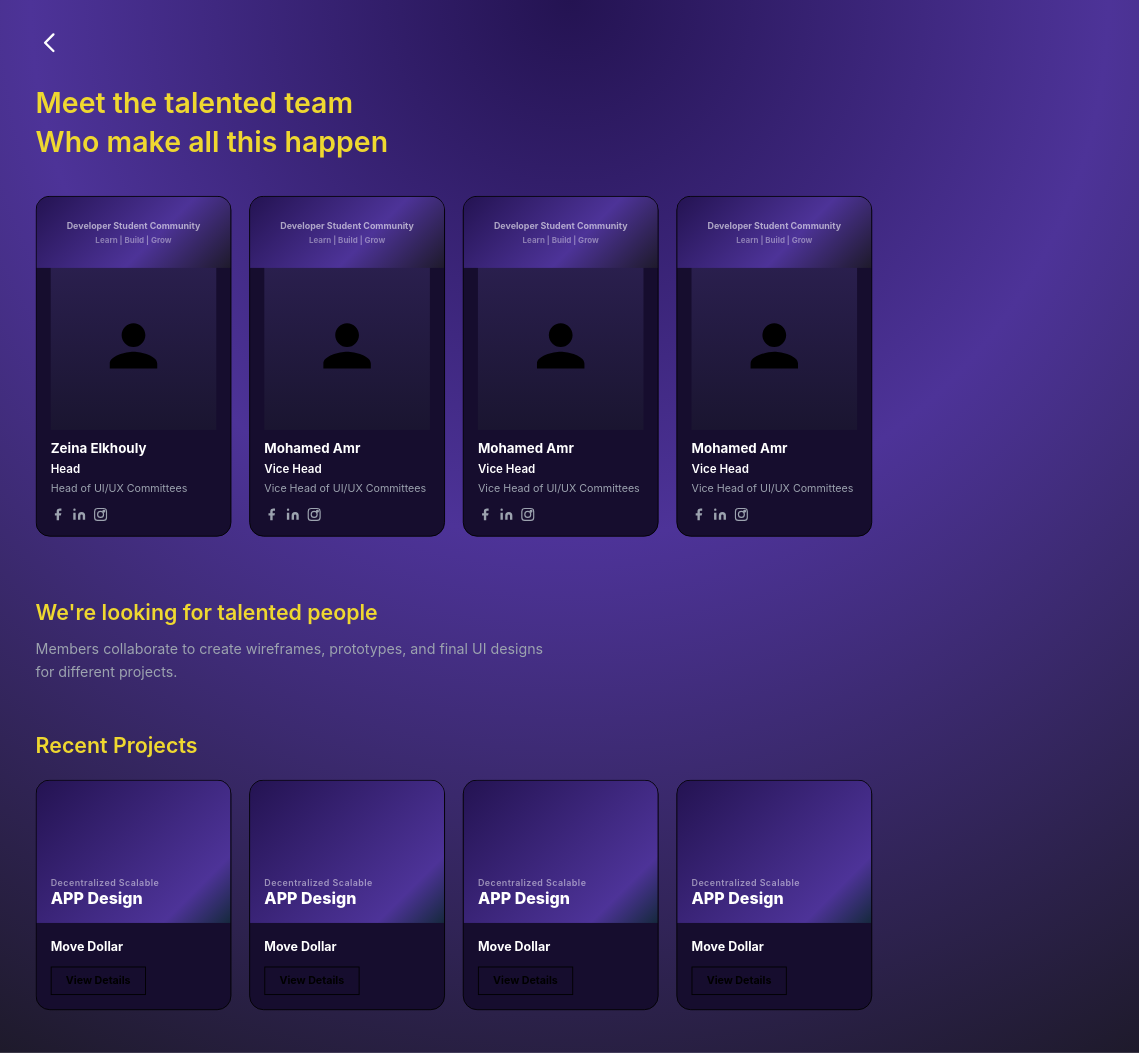
Repository: Frontend-Committee/StarUnion-Website
Page: /committees/artificial-intelligence
These files come from the project's save history. The page is drawn as it stood at one moment and after the next save; the edit follows.
The browser window is 1280 px wide. The pictures show the whole page, at 89% of full size.
The project was rebuilt for these pictures with package versions that can differ from the ones it lists, and the page was loaded fresh each time. Also part of the build but not shown: vite.config.js, src/features/committees/components/CommitteeBadge.jsx, src/features/committees/components/CommitteeCard.jsx, src/features/committees/pages/CommitteesPage.jsx, src/components/common/Navbar.jsx, src/components/common/Footer.jsx.

Above is the page before, as saved 2026-02-26 03:05:29.

### index.html
<!doctype html>
<html lang="en">
  <head>
    <meta charset="UTF-8" />
    <meta name="viewport" content="width=device-width, initial-scale=1.0" />
    <title>star-union</title>
  </head>
  <body>
    <div id="root"></div>
    <script type="module" src="/src/main.jsx"></script>
  </body>
</html>

### src/App.jsx
import { BrowserRouter, Route, Routes } from "react-router-dom";
import "./App.css";

import CommitteeDetailsPage from "./features/committees/pages/CommitteeDetailsPage";
import CommitteesPage from "./features/committees/pages/CommitteesPage";
import MainLayout from "./layouts/MainLayout";

function App() {
  return (
    <BrowserRouter>
      <Routes>
        <Route element={<MainLayout />}>
          <Route path="/committees" element={<CommitteesPage />} />
          <Route path="/committees/:slug" element={<CommitteeDetailsPage />} />
          {/* Fallback — redirect to committees for now */}
          <Route path="*" />
        </Route>
      </Routes>
    </BrowserRouter>
  );
}

export default App;

### src/App.css
@tailwind base;
@tailwind components;
@tailwind utilities;

/* Import Inter from Google Fonts */
@import url("https://fonts.googleapis.com/css2?family=Inter:wght@400;500;600;700;800;900&display=swap");

/* Base global styles */
* {
  margin: 0;
  padding: 0;
  box-sizing: border-box;
}

html {
  scroll-behavior: smooth;
}

body {
  font-family:
    "Inter",
    -apple-system,
    BlinkMacSystemFont,
    "Segoe UI",
    Roboto,
    sans-serif;
  -webkit-font-smoothing: antialiased;
  -moz-osx-font-smoothing: grayscale;
}

/* Hide scrollbar utility */
.scrollbar-hide {
  -ms-overflow-style: none;
  scrollbar-width: none;
}
.scrollbar-hide::-webkit-scrollbar {
  display: none;
}

### src/features/committees/pages/CommitteeDetailsPage.jsx
import { useNavigate, useParams } from "react-router-dom";
import ScrollAnimation from "../../../components/ui/ScrollAnimation";
import {
  COMMITTEES_DATA,
  MOCK_PROJECTS,
  MOCK_TEAM_MEMBERS,
} from "../../../utils/constants";
import { motion } from "framer-motion";

/* ── tiny inline social icons ── */
const SocialIcon = ({ type, href }) => {
  const icons = {
    facebook: (
      <svg viewBox="0 0 24 24" fill="currentColor" className="w-4 h-4">
        <path d="M18 2h-3a5 5 0 00-5 5v3H7v4h3v8h4v-8h3l1-4h-4V7a1 1 0 011-1h3z" />
      </svg>
    ),
    linkedin: (
      <svg viewBox="0 0 24 24" fill="currentColor" className="w-4 h-4">
        <path d="M16 8a6 6 0 016 6v7h-4v-7a2 2 0 00-4 0v7h-4v-7a6 6 0 016-6zM2 9h4v12H2zM4 6a2 2 0 100-4 2 2 0 000 4z" />
      </svg>
    ),
    instagram: (
      <svg
        viewBox="0 0 24 24"
        fill="none"
        stroke="currentColor"
        strokeWidth="2"
        className="w-4 h-4"
      >
        <rect x="2" y="2" width="20" height="20" rx="5" />
        <circle cx="12" cy="12" r="5" />
        <circle cx="17.5" cy="6.5" r="1.5" fill="currentColor" />
      </svg>
    ),
  };
  return (
    <a
      href={href}
      className="text-gray-400 hover:text-secondary transition-colors"
    >
      {icons[type]}
    </a>
  );
};

/* ── team member card ── */
const TeamCard = ({ member, delay = 0 }) => (
  <ScrollAnimation variant="fade-up" delay={delay} className="flex-shrink-0">
    <motion.div
      whileHover={{ y: -4 }}
      className="min-w-[220px] max-w-[260px] h-full rounded-[16px] overflow-hidden border border-primary/30 bg-[#160d2e]"
    >
      {/* Banner */}
      <div
        className="h-[80px] relative overflow-hidden"
        style={{
          background: `linear-gradient(135deg, #241352 0%, #4D3398 60%, #1E1A2B 100%)`,
        }}
      >
        <div className="absolute inset-0 flex items-center justify-center">
          <p className="text-[9px] text-white/60 font-bold text-center leading-tight px-3">
            <span className="text-secondary text-[10px] block">
              Developer Student Community
            </span>
            <span className="text-white/40 mt-1 block">
              Learn | Build | Grow
            </span>
          </p>
        </div>
      </div>

      {/* Photo */}
      <div className="px-4 -mt-1">
        <div className="w-full aspect-square bg-gradient-to-b from-[#2a1f4e] to-[#1a1530] rounded-lg overflow-hidden flex items-center justify-center">
          {member.photo ? (
            <img
              src={member.photo}
              alt={member.name}
              className="w-full h-full object-cover"
            />
          ) : (
            <svg
              className="w-16 h-16 text-primary/30"
              viewBox="0 0 24 24"
              fill="currentColor"
            >
              <path d="M12 12c2.7 0 5-2.3 5-5s-2.3-5-5-5-5 2.3-5 5 2.3 5 5 5zm0 2c-3.3 0-10 1.7-10 5v2h20v-2c0-3.3-6.7-5-10-5z" />
            </svg>
          )}
        </div>
      </div>

      {/* Info */}
      <div className="p-4 pt-3 flex flex-col flex-1">
        <h4 className="text-white font-bold text-[15px] leading-tight">
          {member.name}
        </h4>
        <p className="text-white text-[13px] mt-1 font-semibold">
          {member.role}
        </p>
        <p className="text-gray-400 text-[12px] mt-1 leading-snug">
          {member.description}
        </p>

        {/* Social icons */}
        <div className="flex gap-2 mt-auto pt-3">
          {member.socials?.facebook && (
            <SocialIcon type="facebook" href={member.socials.facebook} />
          )}
          {member.socials?.linkedin && (
            <SocialIcon type="linkedin" href={member.socials.linkedin} />
          )}
          {member.socials?.instagram && (
            <SocialIcon type="instagram" href={member.socials.instagram} />
          )}
        </div>
      </div>
    </motion.div>
  </ScrollAnimation>
);

/* ── project card ── */
const ProjectCard = ({ project, delay = 0 }) => (
  <ScrollAnimation variant="fade-up" delay={delay} className="flex-shrink-0">
    <motion.div
      whileHover={{ y: -4 }}
      className="min-w-[220px] max-w-[260px] h-full rounded-[16px] overflow-hidden border border-primary/30 bg-[#160d2e]"
    >
      {/* Project image area */}
      <div
        className="h-[160px] relative overflow-hidden"
        style={{
          background: `linear-gradient(135deg, #241352 0%, #4D3398 80%, #11EDA420 100%)`,
        }}
      >
        <div className="absolute inset-0 flex flex-col items-start justify-end p-4">
          <p className="text-white/50 text-[10px] font-semibold tracking-wider">
            {project.subtitle}
          </p>
          <h4 className="text-white text-[18px] font-extrabold leading-tight">
            {project.type}
          </h4>
        </div>
        {/* Decorative dots */}
        <div className="absolute top-4 right-4 flex flex-col gap-1">
          <div className="w-1.5 h-1.5 rounded-full bg-secondary/50" />
          <div className="w-1.5 h-1.5 rounded-full bg-secondary/30" />
          <div className="w-1.5 h-1.5 rounded-full bg-secondary/20" />
        </div>
      </div>

      {/* Bottom */}
      <div className="p-4 flex flex-col flex-1">
        <p className="text-white font-bold text-[14px] mb-3">{project.title}</p>
        <button className="px-4 py-[6px] text-[12px] text-secondary border border-secondary rounded-md hover:bg-secondary/10 transition-colors font-bold mt-auto self-start">
          View Details
        </button>
      </div>
    </motion.div>
  </ScrollAnimation>
);

/* ── main page ── */
export default function CommitteeDetailsPage() {
  const { slug } = useParams();
  const navigate = useNavigate();

  const committee = COMMITTEES_DATA.find((c) => c.slug === slug);

  if (!committee) {
    return (
      <div className="min-h-screen bg-gradientBg3 flex items-center justify-center">
        <p className="text-white text-h3">Committee not found</p>
      </div>
    );
  }

  return (
    <section className="min-h-screen bg-gradientBg3 py-8 px-4 md:px-8">
      <div className="max-w-[1200px] mx-auto">
        {/* Back button */}
        <ScrollAnimation variant="fade-right">
          <button
            onClick={() => navigate("/committees")}
            className="text-white hover:text-secondary transition-colors mb-8 flex items-center gap-2 group cursor-pointer"
            id="back-to-committees"
          >
            <svg
              className="w-8 h-8 group-hover:-translate-x-1 transition-transform"
              viewBox="0 0 24 24"
              fill="none"
              stroke="currentColor"
              strokeWidth="2"
            >
              <path
                strokeLinecap="round"
                strokeLinejoin="round"
                d="M15 19l-7-7 7-7"
              />
            </svg>
          </button>
        </ScrollAnimation>

        {/* Section: Meet the team */}
        <ScrollAnimation variant="fade-up" delay={100}>
          <div className="mb-10">
            <h1 className="text-tertiary text-h2 font-semibold leading-tight">
              Meet the talented team
            </h1>
            <h2 className="text-tertiary text-h2 font-semibold leading-tight mt-1">
              Who make all this happen
            </h2>
          </div>
        </ScrollAnimation>

        {/* Team members row */}
        <ScrollAnimation variant="fade-up" delay={200}>
          <div className="flex gap-5 overflow-x-auto pb-4 mb-14 scrollbar-hide">
            {MOCK_TEAM_MEMBERS.map((member, i) => (
              <TeamCard
                key={member.id + "-" + i}
                member={member}
                delay={i * 100}
              />
            ))}
          </div>
        </ScrollAnimation>

        {/* Section: Looking for talented people */}
        <ScrollAnimation variant="fade-up" delay={300}>
          <div className="mb-14">
            <h3 className="text-tertiary text-h3 font-semibold mb-3">
              We're looking for talented people
            </h3>
            <p className="text-gray-400 text-body font-normal max-w-xl leading-relaxed">
              Members collaborate to create wireframes, prototypes, and final UI
              designs for different projects.
            </p>
          </div>
        </ScrollAnimation>

        {/* Section: Recent Projects */}
        <ScrollAnimation variant="fade-up" delay={400}>
          <div>
            <h3 className="text-tertiary text-h3 font-semibold mb-6">
              Recent Projects
            </h3>

            <div className="flex gap-5 overflow-x-auto pb-4 scrollbar-hide">
              {MOCK_PROJECTS.map((project, i) => (
                <ProjectCard
                  key={project.id + "-" + i}
                  project={project}
                  delay={i * 100}
                />
              ))}
            </div>
          </div>
        </ScrollAnimation>
      </div>
    </section>
  );
}

### src/layouts/MainLayout.jsx
import { Outlet } from "react-router-dom";
import Navbar from "../components/common/Navbar";
import Footer from "../components/common/Footer";

export default function MainLayout() {
  return (
    <div className="flex flex-col min-h-screen">
      {/* <Navbar /> */}
      <main className="flex-1">
        <Outlet />
      </main>
      {/* <Footer /> */}
    </div>
  );
}

### src/components/ui/ScrollAnimation.jsx
import { useEffect, useRef, useState } from 'react';

export default function ScrollAnimation({
    children,
    className = '',
    variant = 'fade-up',
    delay = 0,
    style
}) {
    const [isVisible, setIsVisible] = useState(false);
    const ref = useRef(null);

    useEffect(() => {
        const observer = new IntersectionObserver(([entry]) => {
            if (!entry) return;
            if (entry.isIntersecting) {
                setIsVisible(true);
                observer.disconnect();
            }
        }, { threshold: 0.1 });

        if (ref.current) observer.observe(ref.current);
        return () => observer.disconnect();
    }, []);

    const variants = {
        'fade-up': 'translate-y-10',
        'fade-down': '-translate-y-10',
        'fade-left': 'translate-x-10',
        'fade-right': '-translate-x-10',
        'zoom-in': 'scale-95'
    };

    return (
        <div
            ref={ref}
            className={`transition-all duration-700 ease-out ${isVisible
                ? 'opacity-100 transform-none'
                : `opacity-0 ${variants[variant]}`
            } ${className}`}
            style={{ transitionDelay: `${delay}ms`, ...style }}
        >
            {children}
        </div>
    );
}

### src/utils/constants.js
// Committee filter categories
export const COMMITTEE_CATEGORIES = {
  ALL: "all",
  TECHNICAL: "technical",
  NON_TECHNICAL: "non-technical",
};

// All 13 committees from Figma design
export const COMMITTEES_DATA = [
  {
    id: 1,
    name: "Video Editing",
    slug: "video-editing",
    type: "technical",
    accent: "teal",
    icon: "video",
  },
  {
    id: 2,
    name: "UI / UX",
    slug: "ui-ux",
    type: "technical",
    accent: "teal",
    icon: "uiux",
  },
  {
    id: 3,
    name: "Back-End",
    slug: "back-end",
    type: "technical",
    accent: "teal",
    icon: "backend",
  },
  {
    id: 4,
    name: "Artificial Intelligence",
    slug: "artificial-intelligence",
    type: "technical",
    accent: "teal",
    icon: "ai",
  },
  {
    id: 5,
    name: "Front-End",
    slug: "front-end",
    type: "technical",
    accent: "teal",
    icon: "frontend",
  },
  {
    id: 6,
    name: "Mobile App",
    slug: "mobile-app",
    type: "technical",
    accent: "teal",
    icon: "mobile",
  },
  {
    id: 7,
    name: "Public Relations",
    slug: "public-relations",
    type: "non-technical",
    accent: "teal",
    icon: "pr",
  },
  {
    id: 8,
    name: "HR & Quality Control",
    slug: "hr-quality-control",
    type: "non-technical",
    accent: "teal",
    icon: "hr",
  },
  {
    id: 9,
    name: "Data Analysis",
    slug: "data-analysis",
    type: "technical",
    accent: "yellow",
    icon: "data",
  },
  {
    id: 10,
    name: "Graphic Design",
    slug: "graphic-design",
    type: "technical",
    accent: "yellow",
    icon: "graphic",
  },
  {
    id: 11,
    name: "Organizing",
    slug: "organizing",
    type: "non-technical",
    accent: "yellow",
    icon: "organize",
  },
  {
    id: 12,
    name: "Digital Marketing",
    slug: "digital-marketing",
    type: "non-technical",
    accent: "yellow",
    icon: "marketing",
  },
  {
    id: 13,
    name: "Photography",
    slug: "photography",
    type: "non-technical",
    accent: "purple",
    icon: "photo",
  },
];

// Accent color mapping
export const ACCENT_COLORS = {
  teal: "#11EDA4",
  yellow: "#EFD830",
  purple: "#7441FF",
};

// Mock team members for committee details
export const MOCK_TEAM_MEMBERS = [
  {
    id: 1,
    name: "Zeina Elkhouly",
    role: "Head",
    description: "Head of UI/UX Committees",
    photo: null,
    socials: { facebook: "#", linkedin: "#", instagram: "#" },
  },
  {
    id: 2,
    name: "Mohamed Amr",
    role: "Vice Head",
    description: "Vice Head of UI/UX Committees",
    photo: null,
    socials: { facebook: "#", linkedin: "#", instagram: "#" },
  },
  {
    id: 3,
    name: "Mohamed Amr",
    role: "Vice Head",
    description: "Vice Head of UI/UX Committees",
    photo: null,
    socials: { facebook: "#", linkedin: "#", instagram: "#" },
  },
  {
    id: 4,
    name: "Mohamed Amr",
    role: "Vice Head",
    description: "Vice Head of UI/UX Committees",
    photo: null,
    socials: { facebook: "#", linkedin: "#", instagram: "#" },
  },
];

// Mock recent projects for committee details
export const MOCK_PROJECTS = [
  {
    id: 1,
    title: "Move Dollar",
    type: "APP Design",
    subtitle: "Decentralized Scalable",
  },
  {
    id: 2,
    title: "Move Dollar",
    type: "APP Design",
    subtitle: "Decentralized Scalable",
  },
  {
    id: 3,
    title: "Move Dollar",
    type: "APP Design",
    subtitle: "Decentralized Scalable",
  },
  {
    id: 4,
    title: "Move Dollar",
    type: "APP Design",
    subtitle: "Decentralized Scalable",
  },
];

### tailwind.config.js
/** @type {import('tailwindcss').Config} */
module.exports = {
    darkMode: ["class"],
    content: ["./index.html", "./src/**/*.{js,jsx,ts,tsx}"],

  theme: {
  	container: {
  		center: true,
  		padding: {
  			DEFAULT: '16px',
  			lg: '24px'
  		}
  	},
  	extend: {
  		colors: {
  			primary: {
  				DEFAULT: 'hsl(var(--primary))',
  				foreground: 'hsl(var(--primary-foreground))'
  			},
  			secondary: {
  				DEFAULT: 'hsl(var(--secondary))',
  				foreground: 'hsl(var(--secondary-foreground))'
  			},
  			tertiary: '#EFD830',
  			background: 'hsl(var(--background))',
  			text: '#111111',
  			textInvert: '#FFFFFF',
  			muted: {
  				DEFAULT: 'hsl(var(--muted))',
  				foreground: 'hsl(var(--muted-foreground))'
  			},
  			card: {
  				DEFAULT: 'hsl(var(--card))',
  				foreground: 'hsl(var(--card-foreground))'
  			},
  			cardSoft: '#C8B5FC',
  			success: '#12B76A',
  			warning: '#F59E0B',
  			error: '#EF4444',
  			bg31: '#241352',
  			bg32: '#4D3398',
  			bg33: '#1E1A2B',
  			foreground: 'hsl(var(--foreground))',
  			popover: {
  				DEFAULT: 'hsl(var(--popover))',
  				foreground: 'hsl(var(--popover-foreground))'
  			},
  			accent: {
  				DEFAULT: 'hsl(var(--accent))',
  				foreground: 'hsl(var(--accent-foreground))'
  			},
  			destructive: {
  				DEFAULT: 'hsl(var(--destructive))',
  				foreground: 'hsl(var(--destructive-foreground))'
  			},
  			border: 'hsl(var(--border))',
  			input: 'hsl(var(--input))',
  			ring: 'hsl(var(--ring))',
  			chart: {
  				'1': 'hsl(var(--chart-1))',
  				'2': 'hsl(var(--chart-2))',
  				'3': 'hsl(var(--chart-3))',
  				'4': 'hsl(var(--chart-4))',
  				'5': 'hsl(var(--chart-5))'
  			}
  		},
  		backgroundImage: {
  			gradientBg3: 'radial-gradient(circle at top, #241352 0%, #4D3398 45%, #1E1A2B 100%)',
  			gradientFooter: 'linear-gradient(135deg, #E1D6FF 0%, #7441FF 100%)',
  			gradientBrand: 'linear-gradient(135deg, #7441FF 0%, #11EDA4 50%, #EFD830 100%)'
  		},
  		fontSize: {
  			h1: [
  				'44px',
  				{
  					lineHeight: '1.1',
  					fontWeight: '800'
  				}
  			],
  			h2: [
  				'32px',
  				{
  					lineHeight: '1.15',
  					fontWeight: '800'
  				}
  			],
  			h3: [
  				'24px',
  				{
  					lineHeight: '1.2',
  					fontWeight: '800'
  				}
  			],
  			h4: [
  				'20px',
  				{
  					lineHeight: '1.25',
  					fontWeight: '800'
  				}
  			],
  			body: [
  				'16px',
  				{
  					lineHeight: '1.6',
  					fontWeight: '800'
  				}
  			],
  			caption: [
  				'14px',
  				{
  					lineHeight: '1.4',
  					fontWeight: '800'
  				}
  			],
  			micro: [
  				'12px',
  				{
  					lineHeight: '1.35',
  					fontWeight: '800'
  				}
  			]
  		},
  		spacing: {
  			'1': '4px',
  			'2': '8px',
  			'3': '12px',
  			'4': '16px',
  			'6': '24px',
  			'8': '32px',
  			'12': '48px',
  			'16': '64px'
  		},
  		margin: {
  			'section-sm': '24px',
  			'section-md': '32px',
  			'section-lg': '48px',
  			'section-xl': '64px'
  		},
  		padding: {
  			'section-sm': '24px',
  			'section-md': '32px',
  			'section-lg': '48px',
  			'section-xl': '64px'
  		},
  		boxShadow: {
  			soft: '0 4px 10px rgba(0,0,0,0.1)'
  		},
  		borderRadius: {
  			card: '16px',
  			lg: 'var(--radius)',
  			md: 'calc(var(--radius) - 2px)',
  			sm: 'calc(var(--radius) - 4px)'
  		}
  	}
  },

  plugins: [require("tailwindcss-animate")],
};

Loaded but not shown: src/main.jsx (common file)

After the next save:
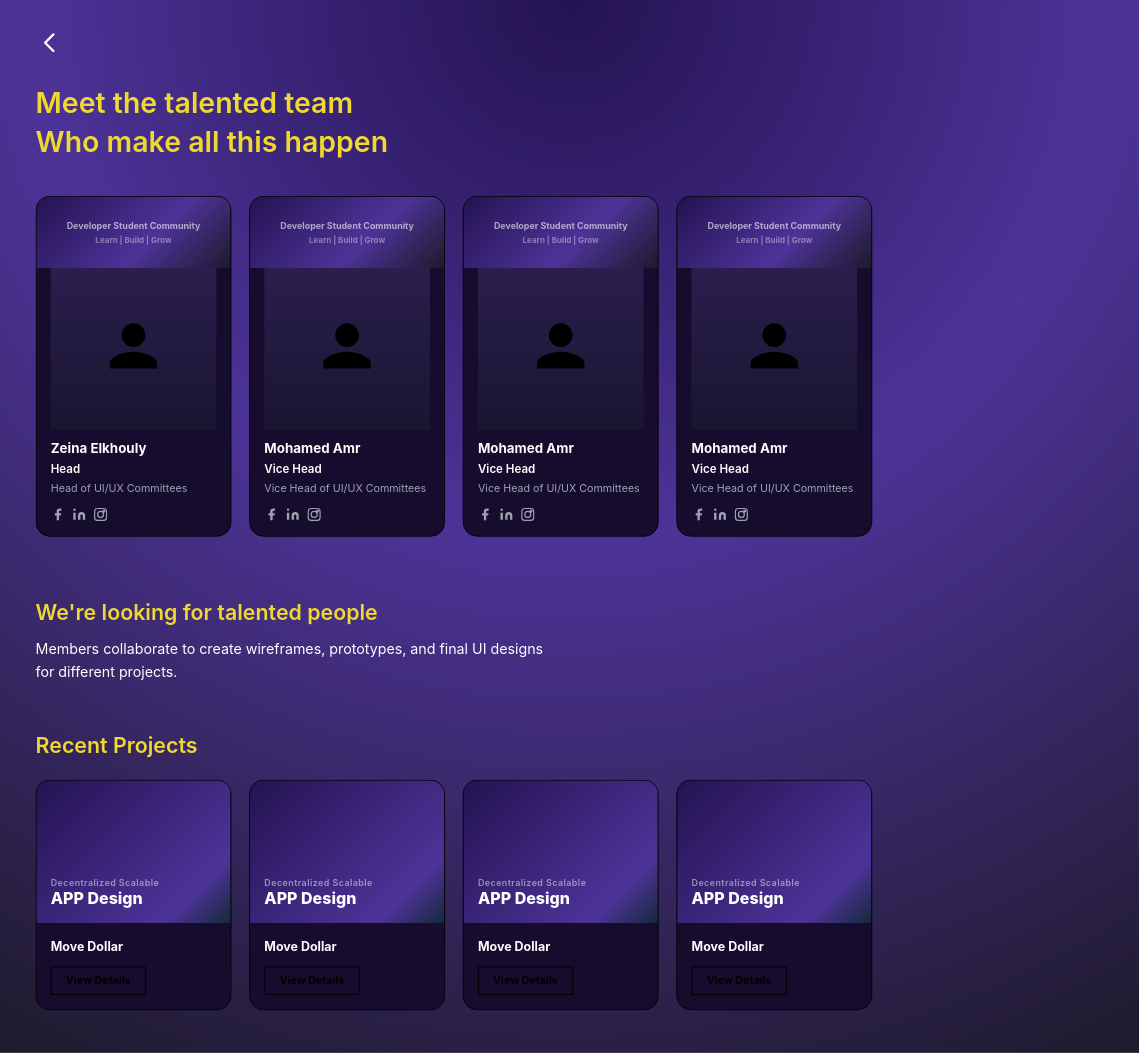
Saved 9 s later.
--- a/src/features/committees/pages/CommitteeDetailsPage.jsx
+++ b/src/features/committees/pages/CommitteeDetailsPage.jsx
@@ -233,7 +233,7 @@ export default function CommitteeDetailsPage() {
             <h3 className="text-tertiary text-h3 font-semibold mb-3">
               We're looking for talented people
             </h3>
-            <p className="text-gray-400 text-body font-normal max-w-xl leading-relaxed">
+            <p className="text-white text-body font-normal max-w-xl leading-relaxed">
               Members collaborate to create wireframes, prototypes, and final UI
               designs for different projects.
             </p>
